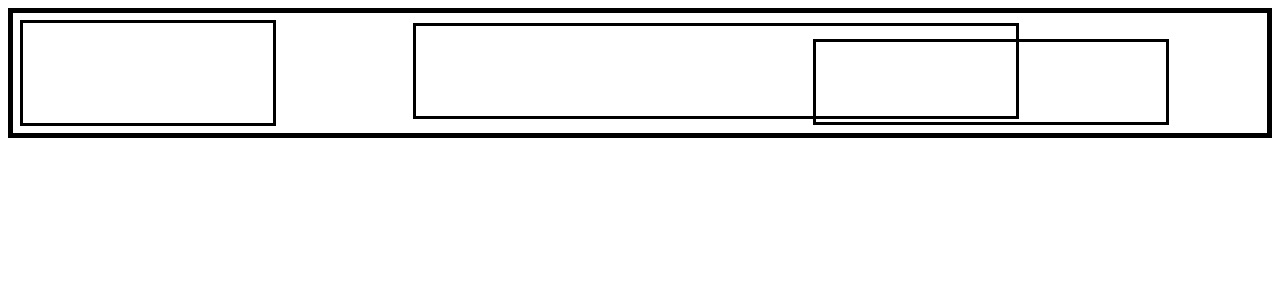
Repository: cartervandekamp/htmlstructure.mdia2003
Page: htmlstructure-psd/index.html
An editor plug-in stored every save of this project. The page is shown before and after the next save, followed by the edit.
The browser window is 1280 px wide. The pictures show the whole page.

Above is the page before, as saved 2023-01-16 18:06:41.

### htmlstructure-psd/index.html
<!DOCTYPE html>
<html lang="en">
<head>
    <title>Document</title>
    <link rel="stylesheet" href="style.css">
</head>
<body>
    <div class="toprow">
        <div class="topleft"></div>
        <div class="topmiddle"></div>
        <div class="topright"></div>
    </div>
    <div class="thinbar"></div>
    <div class="secondrow">
        <div class="secondleft"></div>
        <div class="secondmiddle"></div>
        <div class="secondright"></div>
    </div>
    <div class="middlecontent">
        <div class="middleleftone">
            <div class="titletextone"></div>
            <div class="bodytextone"></div>
            <div class="footerone"></div>
        </div>
        <div class="middlelefttwo">
            <div class="titletexttwo"></div>
            <div class="bodytexttwo"></div>
            <div class="footertwo"></div>
        </div>
    </div>
    <div class="middlerightone"></div>
    <div class="middlerighttwo"></div>
    <div class="middlerightthree"></div>
    <div class="middletextfour"></div>
<div class="footer">
    <div class="footertitle"></div>
    <div class="footercontent">
        <div class="footercontentone"></div>
        <div class="footercontenttwo"></div>
        <div class="footercontentthree"></div>
        <div class="footercontentfour"></div>
    </div>
    <div class="footerbottom"></div>
</div>

</body>
</html>

### htmlstructure-psd/style.css
body {
    border-style: solid;
    border-color: black;
    border-width: 2px;
}

.toprow {
    height: 120px;
    border-style: solid;
    border-color: black;
}

.topleft {
    height: 100px;
    width: 250px;
    margin: 7px;
    border-style: solid;
    border-color: black;
}

.topmiddle {
    height: 90px;
    width: 600px;
    border-style: solid;
    border-color: black;
    align-items: center;
    margin-left: 400px;
    margin-top: -110px;
}

.topright {
    height: 80px;
    width: 350px;
    border-style: solid;
    border-color: black;
    align-items: center;
    margin-left: 800px;
    margin-top: -80px;
}

After the next save:
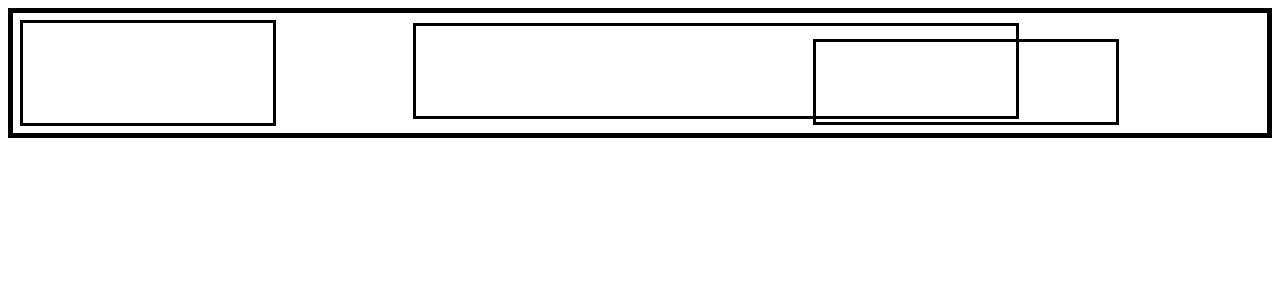
Saved 8 s later.
--- a/htmlstructure-psd/style.css
+++ b/htmlstructure-psd/style.css
@@ -30,7 +30,7 @@ body {
 
 .topright {
     height: 80px;
-    width: 350px;
+    width: 300px;
     border-style: solid;
     border-color: black;
     align-items: center;
